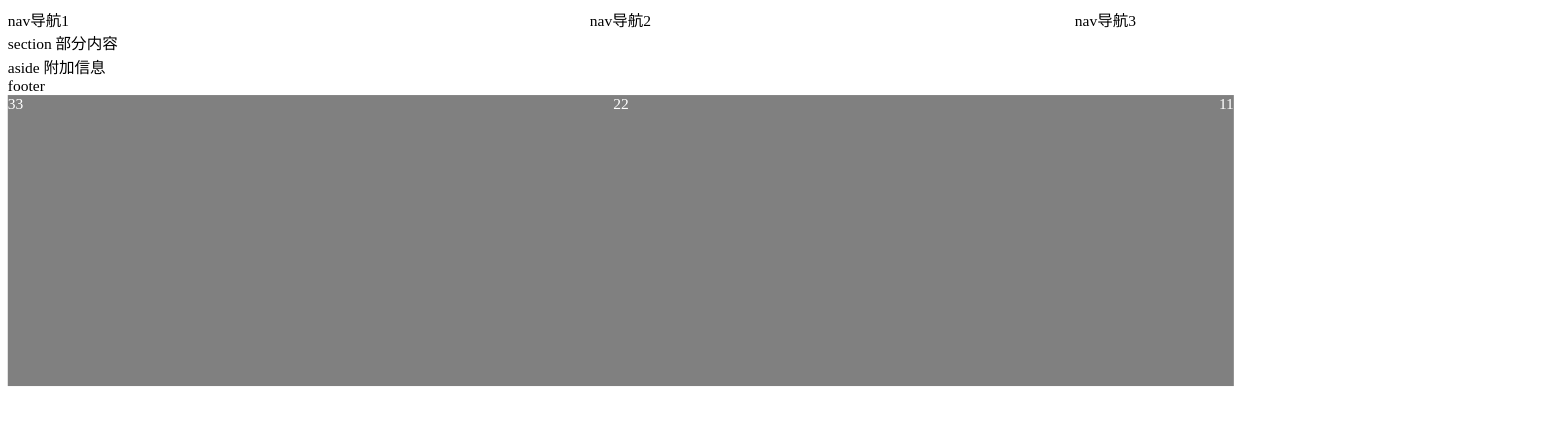
Repository: huangjianeng/front-end-study
Page: vue原理/html/flex.html
An editor plug-in stored every save of this project. The page is shown before and after the next save, followed by the edit.
The browser window is 1280 px wide. The page is 1608 px wide, then 1280 px, so the pictures cover 1608 px, including what lies to the right of the window. The pictures show the whole page, at 97% of full size.

Above is the page before, as saved 2020-07-31 11:48:59.

After the next save:
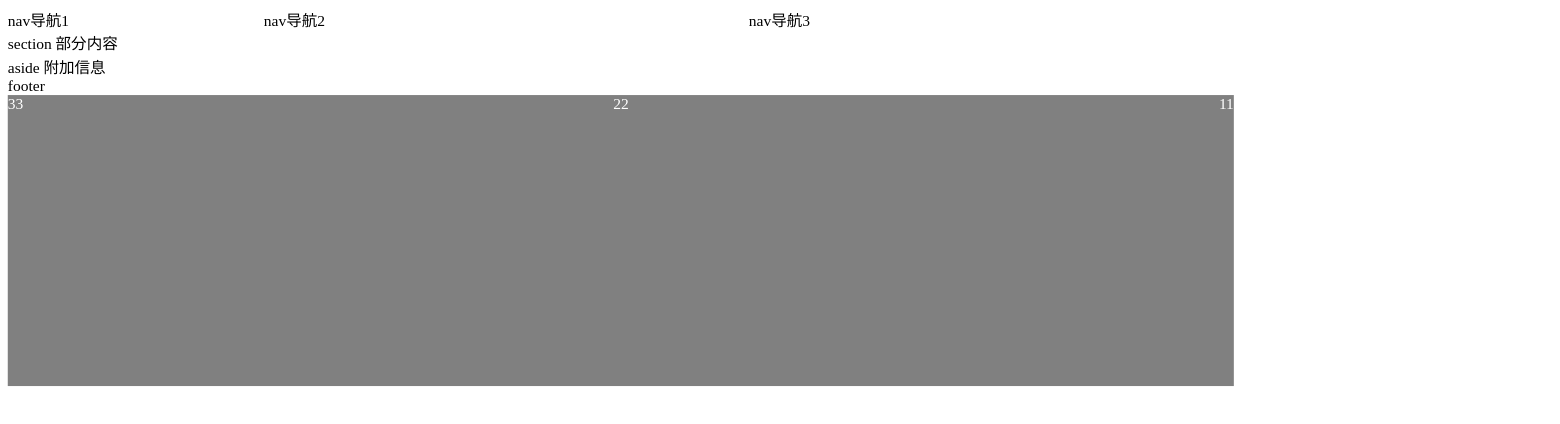
Saved 104 s later.
--- a/vue原理/html/flex.html
+++ b/vue原理/html/flex.html
@@ -23,6 +23,7 @@
         width: 500px;
     }
     nav:nth-child(1){
+        flex-shrink: 1;
         flex-basis: 600px;
     }
     .flex-wrap{
